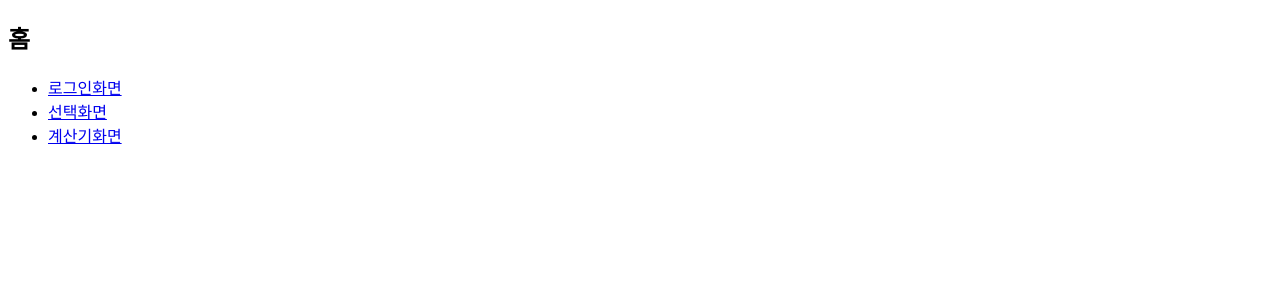
Repository: KimHyeonJun1/Study_Web302
Page: 01.Servlet01/src/main/webapp/index.html
The author's editor kept a copy of each file at every save. The page is drawn from the files as they stood at one save, then again after the next save.
The browser window is 1280 px wide. The pictures show the whole page.

Above is the page before, as saved 2024-06-21 06:06:14.

After the next save:
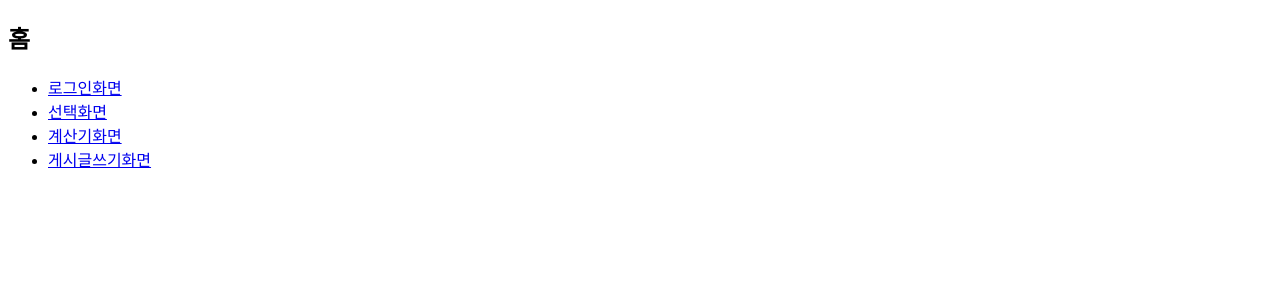
Saved 30 s later.
--- a/01.Servlet01/src/main/webapp/index.html
+++ b/01.Servlet01/src/main/webapp/index.html
@@ -10,6 +10,7 @@
 <li><a href="loginForm.html">로그인화면</a></li>
 <li><a href="choice.html">선택화면</a></li>
 <li><a href="calculator.html">계산기화면</a></li>
+<li><a href="board/register.html">게시글쓰기화면</a></li>
 
 </ul>
 </body>
